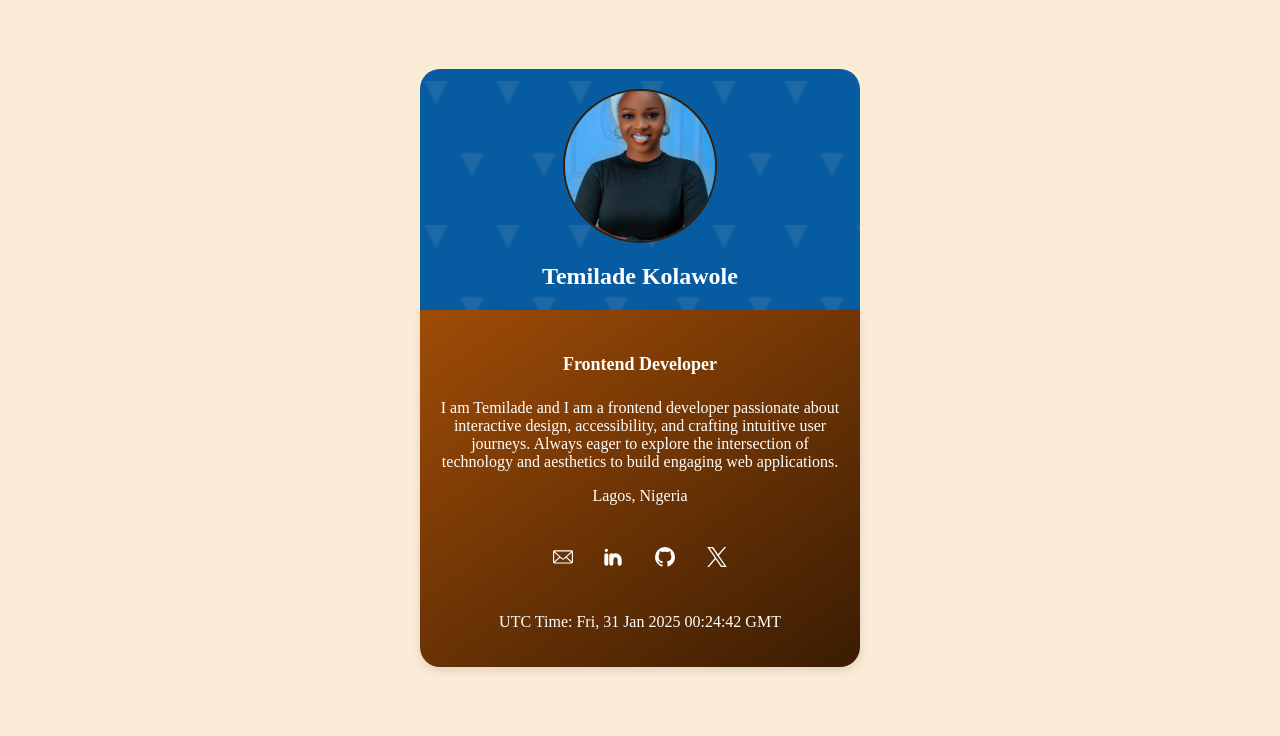
Repository: KolawoleTemilade/ticket-guarantor
Page: profilecard/index..html
These files come from the project's save history. The page is drawn as it stood at one moment and after a run of saves; the edit follows.
The browser window is 1280 px wide. The pictures show the whole page.

Above is the page before, as saved 2025-02-05 01:40:34.

After the next 2 saves:
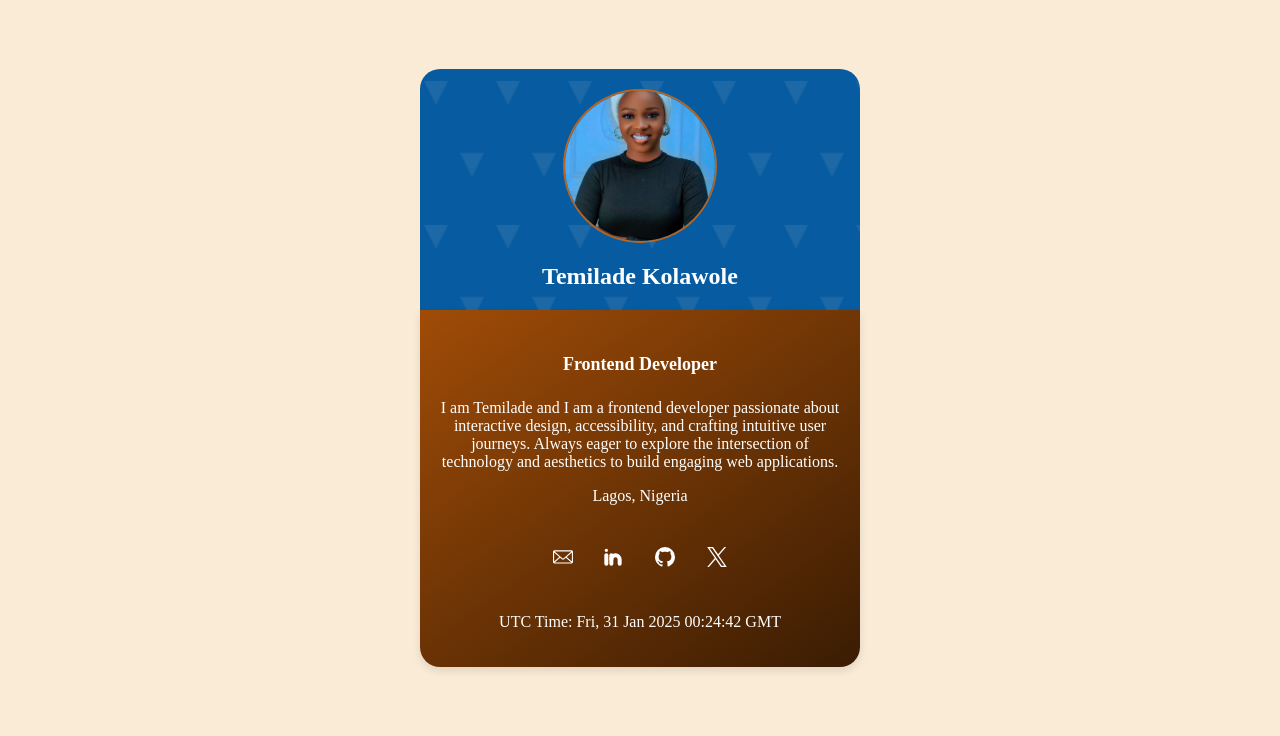
The 2 saves are shown as one change because they came seconds apart.
The last was saved 19 s later.
--- a/profilecard/style.css
+++ b/profilecard/style.css
@@ -35,7 +35,7 @@ body {
 .background > img {
   width: 150px;
   height: 150px;
-  border: 2px solid #3a1c03;
+  border: 2px solid #d1660ee2;
   border-radius: 50%;
   object-fit: cover;
   margin-top: 20px;
